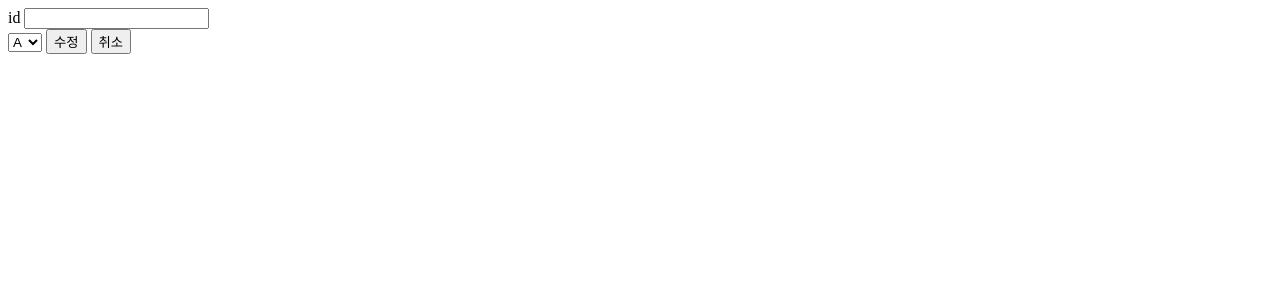
Repository: psyoongsc/SogongDo_Facility
Page: http://localhost/SogongDo_Management_System/Authority_Mgmt/AuthorityUpdateView.jsp
The author's editor kept a copy of each file at every save. The page is drawn from the files as they stood at one save, then again after the next save.
The browser window is 1280 px wide. The pictures show the whole page.
The page is served by Tomcat 9. Nobody is signed in. The application's start-up code is not run. Other server files are loaded and not shown.

Above is the page before, as saved 2020-06-22 09:34:43.
Console error: TypeError: Cannot read properties of null (reading 'document')

### SogongDo_Management_System/WebContent/Authority_Mgmt/AuthorityUpdateView.jsp
<%--
  Created by IntelliJ IDEA.
  User: Herase
  Date: 2020-06-03
  Time: 오후 8:56
  To change this template use File | Settings | File Templates.
--%>

<%--
 모둘 설계자 : 김인환

 검토자 : 박성용, 김주현
 검토 날짜: 06/05

 수정 일자: 06/05
 수정 내용: text input에 readonly 속성 추가
 --%>
<%@ page contentType="text/html;charset=UTF-8" language="java" %>
<html>
<head>
    <script src="http://code.jquery.com/jquery-3.3.1.min.js"></script>
    <title>권한 수정 페이지</title>
</head>
<body>

<div>
    <form action="/SogongDo_Management_System/Authority/Update" name = "updatef">
        <label>id <input type="text" name="id_text" id="inp1" readonly></label>
        <br>
        <select name="authority">
            <option value="A">A</option>
            <option value="M">M</option>
        </select>
        <input type="submit" value="수정">
        <button onclick="closef()">취소</button>
    </form>
</div>
<script>
    var sampletext;
    function receive_id(){
        sampletext = window.opener.document.getElementById("recieve_id").value;
        document.updatef.id_text.value = sampletext;
    }
    receive_id();

    function closef() {
        window.opener.parent.location.reload();
        self.close();
    }
</script>
</body>
</html>

After the next save:
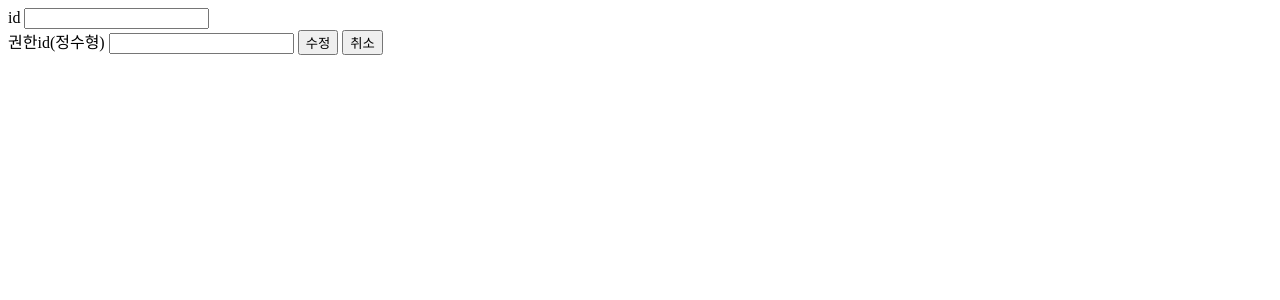
Saved 71 s later.
--- a/SogongDo_Management_System/WebContent/Authority_Mgmt/AuthorityUpdateView.jsp
+++ b/SogongDo_Management_System/WebContent/Authority_Mgmt/AuthorityUpdateView.jsp
@@ -27,10 +27,7 @@
     <form action="/SogongDo_Management_System/Authority/Update" name = "updatef">
         <label>id <input type="text" name="id_text" id="inp1" readonly></label>
         <br>
-        <select name="authority">
-            <option value="A">A</option>
-            <option value="M">M</option>
-        </select>
+        <label>권한id(정수형) <input type="text" name="authoirity_Id" required></label>
         <input type="submit" value="수정">
         <button onclick="closef()">취소</button>
     </form>
